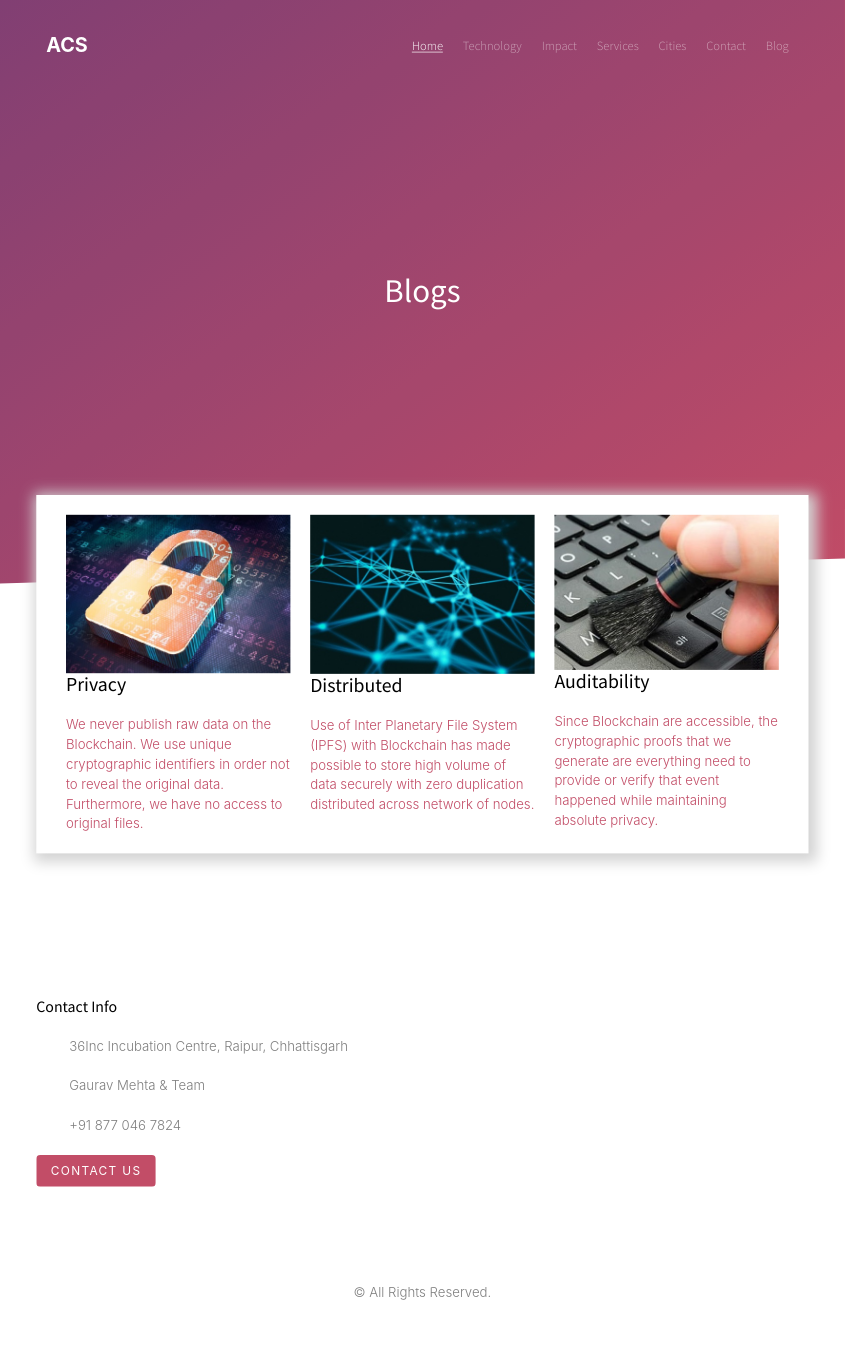
Repository: agarwalrahul-22/acs
Page: /blog
The author's editor kept a copy of each file at every save. The page is drawn from the files as they stood at one save, then again after the next save.
The browser window is 1280 px wide. The pictures show the whole page, at 66% of full size.
Some web fonts or font styles are not loaded; a fallback is used. The project was rebuilt for these pictures with package versions that can differ from the ones it lists, and the page was loaded fresh each time. Also part of the build but not shown: src/components/main/LandingComponent.js, src/components/main/TechComponent.js, src/components/main/ImpactComponent.js, src/components/main/ServicesComponent.js, src/components/main/CitiesComponent.js, src/components/main/ContactComponent.js, src/components/MainComponent.js, src/components/IBlogComponent.js.

Above is the page before, as saved 2022-10-10 22:27:52.

After the next save:
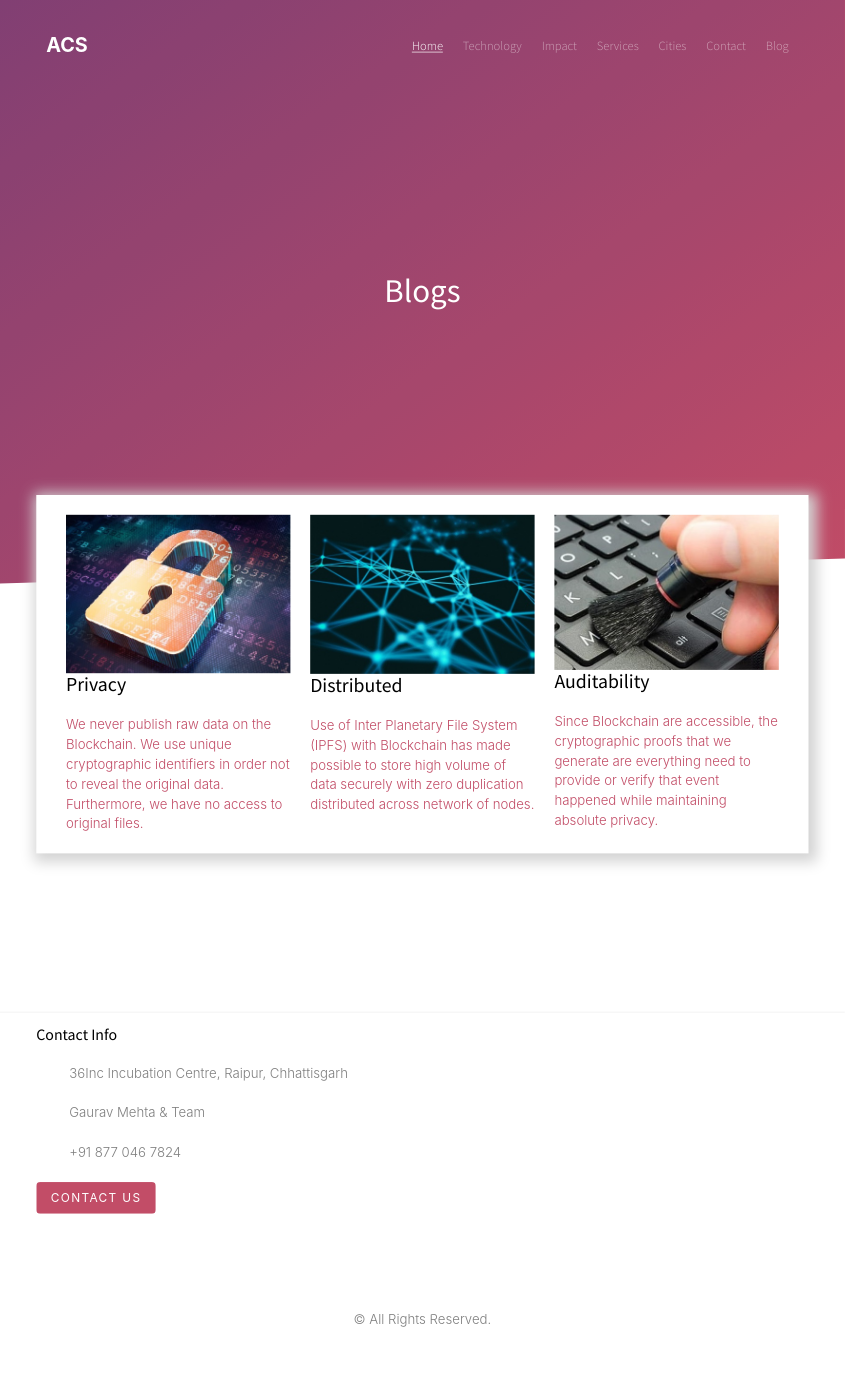
Saved 16 s later.
--- a/src/components/FooterComponent.js
+++ b/src/components/FooterComponent.js
@@ -4,7 +4,7 @@ export default function FooterComponent() {
   return (
     <div>
       <section id="fh5co-contact" data-section="contact">
-        <divider/>
+        <hr/>
         <div className="container">
           <div className="row">
             <div className="row row-bottom-padded-md">
